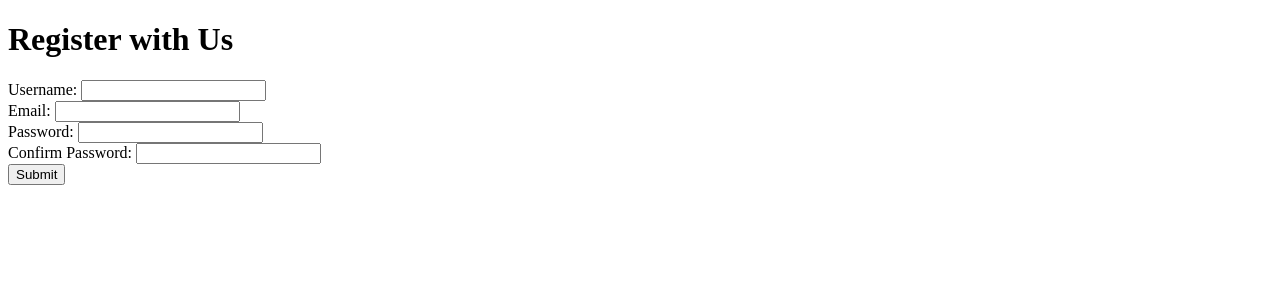
Repository: NiutaR/registrationForm
Page: index.html
An editor plug-in stored every save of this project. The page is shown before and after a run of saves, followed by the edit.
The browser window is 1280 px wide. The pictures show the whole page.

Above is the page before, as saved 2021-07-28 23:02:22.

### index.html
<!DOCTYPE html>
<html lang="en">

<head>
    <meta charset="UTF-8">
    <meta http-equiv="X-UA-Compatible" content="IE=edge">
    <meta name="viewport" content="width=device-width, initial-scale=1.0">
    <link rel="stylesheet" href="index.js">
    <title>Registration Form</title>
</head>

<body>
    <div class="container">
        <form id="signup" class="form">
            <h1>Register with Us</h1>
            <div class="form-field">
                <label for="username">Username:</label>
                <input type="text" name="username" id="username" autocomplete="off">
                <small></small>
            </div>

            <div class="form-field">
                <label for="email">Email:</label>
                <input type="text" name="email" id="email" autocomplete="off">
                <small></small>
            </div>

            <div class="form-field">
                <label for="password">Password:</label>
                <input type="password" name="password" id="password" autocomplete="off">
                <small></small>
            </div>


            <div class="form-field">
                <label for="confirm-password">Confirm Password:</label>
                <input type="password" name="confirm-password" id="confirm-password" autocomplete="off">
                <small></small>
            </div>

            <div class="form-field">
                <input type="submit" value="Submit">
            </div>
        </form>
    </div>
    <script src="index.js"></script>
</body>

</html>

Loaded but not shown: index.js (no stored copy; drawn as an empty file)

After the next 2 saves:
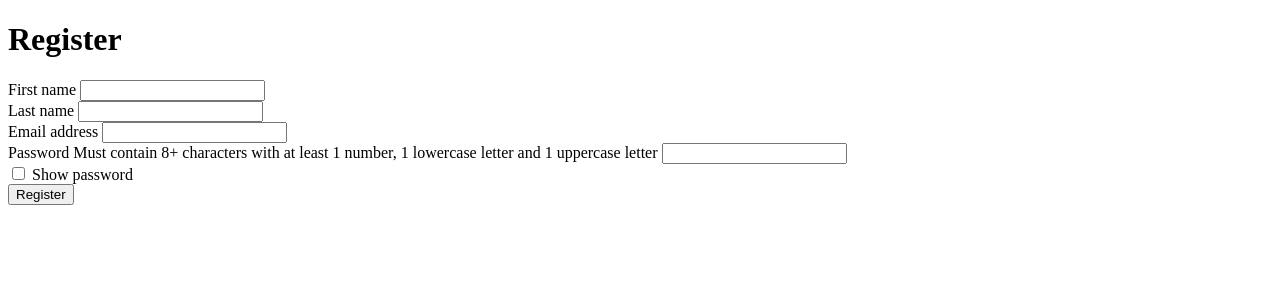
The 2 saves are shown as one change because they came seconds apart.
The last was saved 115 s later.
--- a/index.html
+++ b/index.html
@@ -11,38 +11,89 @@
 
 <body>
     <div class="container">
-        <form id="signup" class="form">
-            <h1>Register with Us</h1>
-            <div class="form-field">
-                <label for="username">Username:</label>
-                <input type="text" name="username" id="username" autocomplete="off">
-                <small></small>
+        <div class="form-wrapper">
+          <h1>Register</h1>
+          <form class="form form__validate">
+            <div class="form__group">
+              <label for="firstName" class="form__label">
+                <span class="field-label">First name</span>
+              </label>
+              <input
+                type="text"
+                name="firstName"
+                id="firstName"
+                class="form__control"
+                minlength="2"
+                required
+              />
             </div>
-
-            <div class="form-field">
-                <label for="email">Email:</label>
-                <input type="text" name="email" id="email" autocomplete="off">
-                <small></small>
+            <div class="form__group">
+              <label for="lastName" class="form__label">
+                <span class="field-label">Last name</span>
+              </label>
+              <input
+                type="text"
+                name="lastName"
+                id="lastName"
+                class="form__control"
+                minlength="2"
+                required
+              />
             </div>
-
-            <div class="form-field">
-                <label for="password">Password:</label>
-                <input type="password" name="password" id="password" autocomplete="off">
-                <small></small>
+            <div class="form__group">
+              <label for="emailAddress" class="form__label">
+                <span class="field-label">Email address</span>
+              </label>
+              <input
+                type="email"
+                name="emailAddress"
+                id="emailAddress"
+                class="form__control"
+                required
+              />
             </div>
-
-
-            <div class="form-field">
-                <label for="confirm-password">Confirm Password:</label>
-                <input type="password" name="confirm-password" id="confirm-password" autocomplete="off">
-                <small></small>
+            <div class="form__group">
+              <label for="password" class="form__label">
+                <span class="field-label">Password</span>
+                <span class="field-hint">
+                  Must contain 8+ characters with at least 1 number, 1 lowercase
+                  letter and 1 uppercase letter
+                </span>
+              </label>
+              <input
+                type="password"
+                name="password"
+                id="password"
+                class="form__control"
+                minlength="8"
+                pattern="^(?=.*\d)(?=.*[a-z])(?=.*[A-Z])(?!.*\s).*$"
+                title="Please include at least 1 number, 1 lowercase letter and 1 upper case letter. Password length must be greater or equal to 8"
+                required
+              />
+              <section class="password-reveal">
+                <input
+                  type="checkbox"
+                  name="revealPassword"
+                  id="revealPassword"
+                  class="password-reveal__field"
+                />
+                <label for="revealPassword">
+                  <span class="field-label" id="revealPasswordLabel">
+                    Show password
+                  </span>
+                </label>
+              </section>
             </div>
-
-            <div class="form-field">
-                <input type="submit" value="Submit">
+            <div class="form__group form__group--submit">
+              <input
+                type="submit"
+                value="Register"
+                class="form__control form__control--submit"
+              />
             </div>
-        </form>
-    </div>
+          </form>
+        </div>
+      </div>
     <script src="index.js"></script>
 </body>
 
